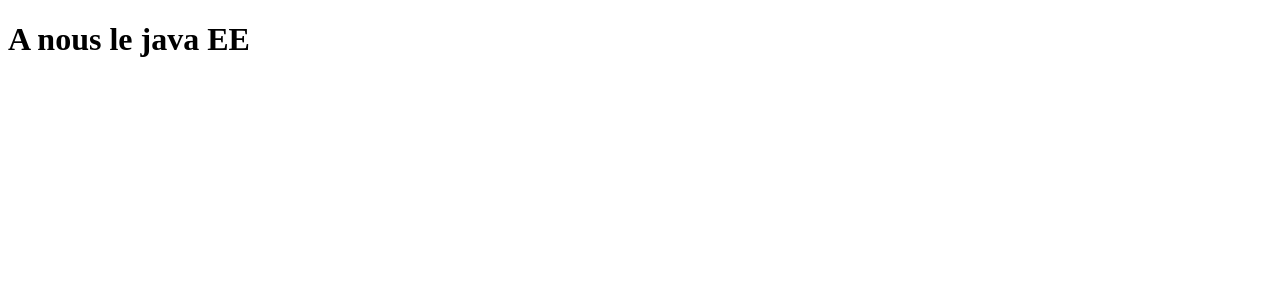
Repository: ibnadam2010/eclipse-workspace
Page: http://localhost/test/Test
These files come from the project's save history. The page is drawn as it stood at one moment and after the next save; the edit follows.
The browser window is 1280 px wide. The pictures show the whole page.
The page is served by Tomcat 9.

Above is the page before, as saved 2020-11-26 16:10:59.

After the next save:
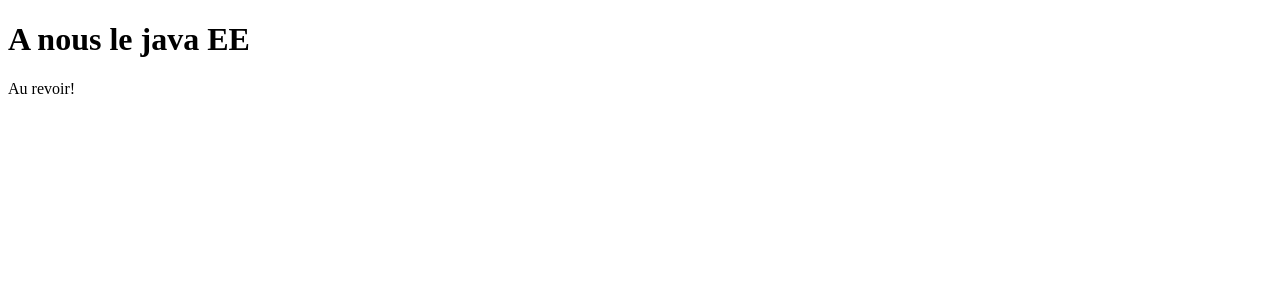
Saved 58 s later.
--- a/test/WebContent/WEB-INF/bonjour.jsp
+++ b/test/WebContent/WEB-INF/bonjour.jsp
@@ -11,6 +11,7 @@
 
 	<%
 	  String variable = (String) request.getAttribute("variable");
+	out.println(variable);
 	%>
 </body>
 </html>
